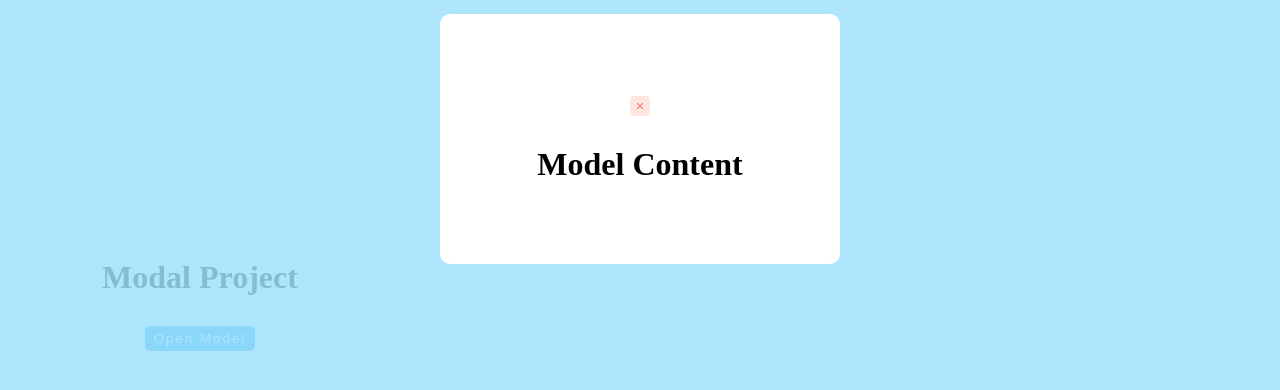
Repository: Trapti10/20-js-practice-projects-in-7-days-challenge
Page: Project_4_Modal_Project/index.html
The author's editor kept a copy of each file at every save. The page is drawn from the files as they stood at one save, then again after the next save.
The browser window is 1280 px wide. The pictures show the whole page.

Above is the page before, as saved 2025-11-24 11:02:39.

### Project_4_Modal_Project/index.html
<!DOCTYPE html>
<html lang="en">
<head>
    <meta charset="UTF-8">
    <meta name="viewport" content="width=device-width, initial-scale=1.0">
    <title>Modal Project</title>
    <link rel="stylesheet" href="style.css">
</head>
<body>
    <div class="hero">
     <div class="bg-img"  background-img>

    </div>
    <div class="card">
        <h1>Modal Project</h1>

        <button class="Open">
            Open Model
        </button>
       </div>
       </div>
       <div class="modal-overlay">
        <div class="madal-container">
            <img src="assests/close.png" alt="">
            <div class="modalContent">
                <h1>Model Content</h1>
            </div>
        </div>
       </div>
    <script src="script.js"></script>
</body>
</html>

### Project_4_Modal_Project/style.css
*{
    margin: 0;
    padding: 0;
}
.hero{
    place-items: center;
}
.bg-img{
    height: 100vh;
    background-position: center center;
    background-repeat: no-repeat;
    position: relative;
    background-size: max(2200px, 100vw);
    background-image: url("https://png.pngtree.com/thumb_back/fh260/background/20230714/pngtree-simplicity-in-blue-a-living-room-interior-design-with-decor-and-image_3888158.jpg");
    background-repeat: no-repeat;
    align-items: center;
    margin-top: 0;
    align-items: center;

}

.card{
    position: absolute;
    top: 25%;
    background: white;
    max-height: 250px;
    max-width: 400px;
    height: 100%;
    width: 100%;
    display: flex;
    justify-content: center;
    align-items:center ;
    flex-direction: column;
    border: none;
    border-radius: 10px;
    gap: 30px;
}

button{
    height: 25px;
    width: 110px;
    color: white;
    background: rgb(29, 166, 246);
    border: none;
    letter-spacing: 2px;
    border-radius: 5px;
    padding: 0 4px;
}

button:hover{
    background: transparent;
    color: black;
    border: 2px solid rgb(29, 166, 246);
}

.modal-overlay{
    background: rgba(159, 225, 252, 0.84);
    position: fixed;
    top: 0;
    left: 0;
    width: 100%;
    height: 100%;
    place-items:center;
    display: grid;
    transition: 400ms ease;
    visibility: visible;
    /* z-index: -10; */
}

.madal-container{
   position: absolute;
    top: 2%;
    /* left: 37%; */
    background: white;
    max-height: 250px;
    max-width: 400px;
    height: 100%;
    width: 100%;
    display: flex;
    justify-content: center;
    align-items:center ;
    flex-direction: column;
    border: none;
    border-radius: 10px;
    gap: 30px;
}

.madal-container img{
    height: 20px;
    right: 0;
}

Loaded but not shown: Project_4_Modal_Project/script.js (no stored copy; drawn as an empty file)

After the next save:
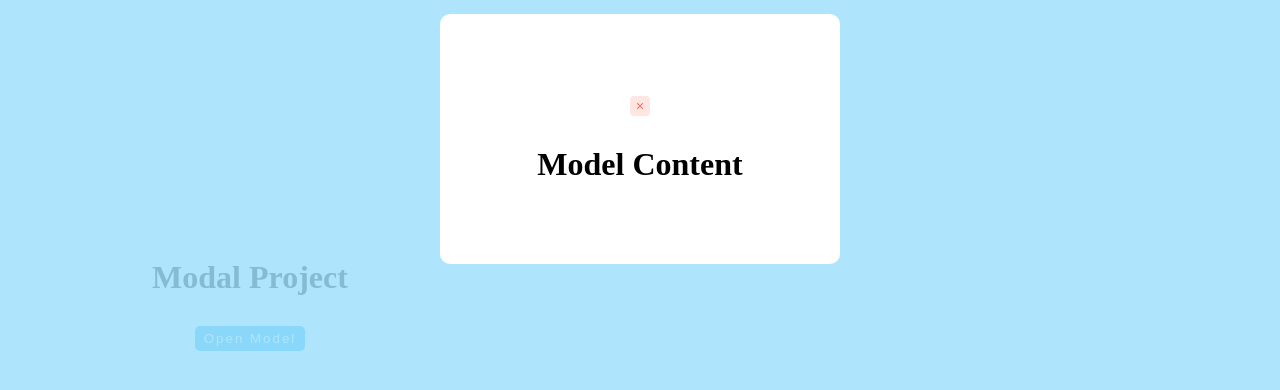
Saved 14 s later.
--- a/Project_4_Modal_Project/style.css
+++ b/Project_4_Modal_Project/style.css
@@ -24,7 +24,7 @@
     top: 25%;
     background: white;
     max-height: 250px;
-    max-width: 400px;
+    max-width: 500px;
     height: 100%;
     width: 100%;
     display: flex;
